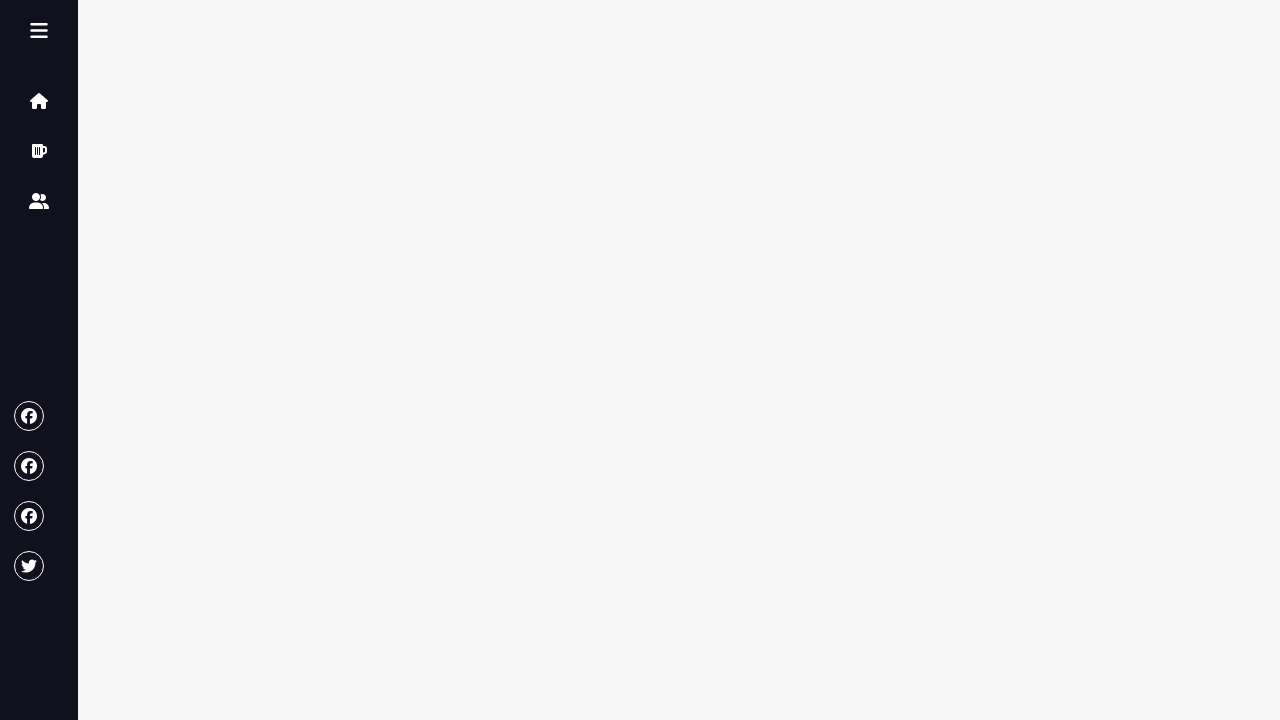
Repository: Nic98/MilkTeaWebsite
Page: mywebsite.html
These files come from the project's save history. The page is drawn as it stood at one moment and after the next save; the edit follows.
The browser window is 1280 px wide. The pictures show the whole page.
Some web libraries are served in a nearby version.

Above is the page before, as saved 2024-05-28 23:17:07.

After the next save:
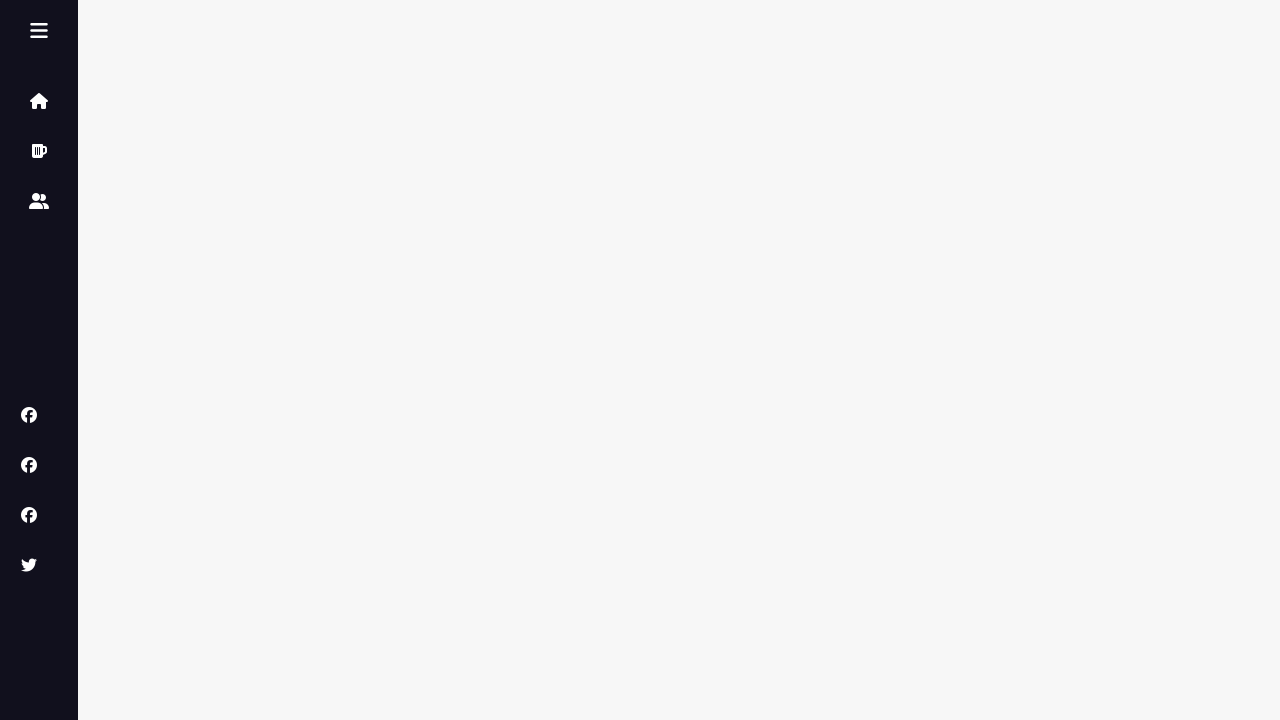
Saved 6 s later.
--- a/mywebsite.css
+++ b/mywebsite.css
@@ -294,7 +294,6 @@ body {
   line-height: 0px;
   transition: all 0.4s ease;
   z-index: 1;
-  border: 1px solid #fff;
 }
 
 .sidebar.active .contact_list li i {
